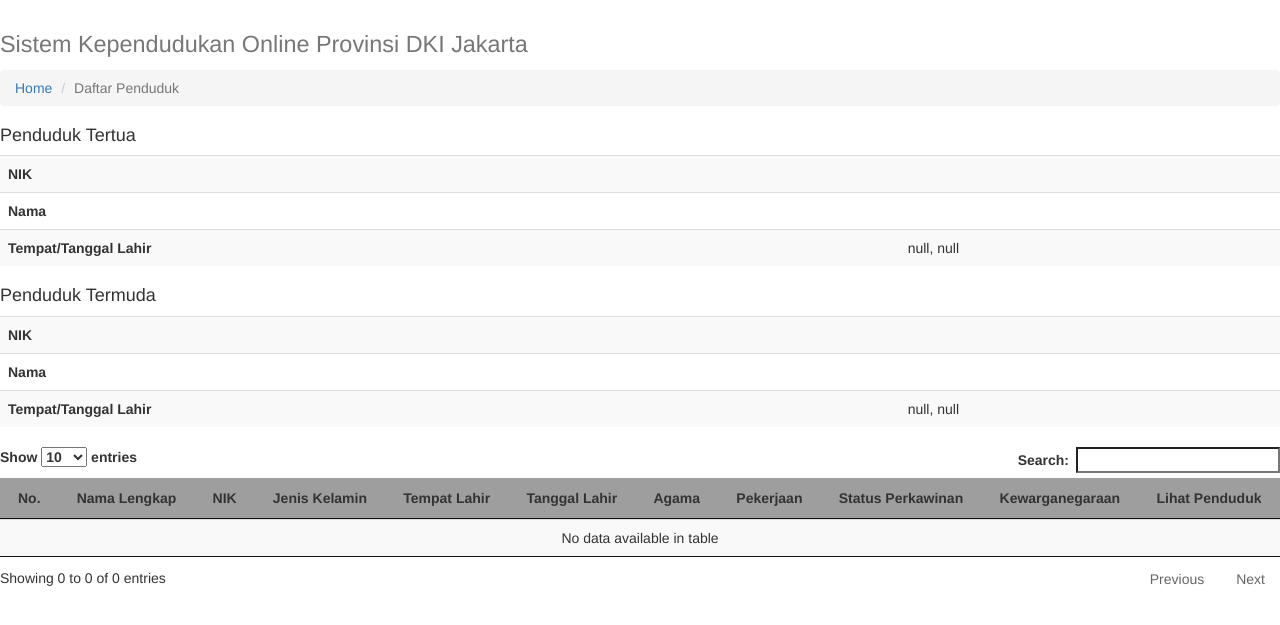
Repository: apap-2017/tugas1_1406544135
Page: http://localhost/list-penduduk
An editor plug-in stored every save of this project. The page is shown before and after the next save, followed by the edit.
The browser window is 1280 px wide. The pictures show the whole page.
Pictures or frames that could not be fetched are drawn as grey boxes. The page is this project's Thymeleaf template; nobody is signed in. The template is opened directly, without the code that normally fills it, so the values that code supplies are empty.

Above is the page before, as saved 2017-10-22 05:24:49.

### Tugas1_1406544135/src/main/resources/templates/list-penduduk.html
<!DOCTYPE html>
<html xmlns:th="http://www.thymeleaf.org">
<head>
<title>Siduk DKI</title>
<link href="../../static/css/bootstrap.min.css" rel="stylesheet"
	th:href="@{/css/bootstrap.min.css}" />
<link rel="stylesheet" th:href="@{/css/jquery.dataTables.min.css}"></link>
<script src="/js/jquery.min.js"></script>
<script src="/js/jquery.dataTables.min.js"></script>
<script>
	$(document).ready(function() {
		$('#daftar-penduduk').DataTable();
	});
</script>
</head>

<body>
	<section class="content-header">
		<h1>
			<small>Sistem Kependudukan Online Provinsi DKI Jakarta</small>
		</h1>
		<ol class="breadcrumb">
			<li><a th:href="@{/}">Home</a></li>
			<li class="active">Daftar Penduduk</li>
		</ol>
	</section>

	<table class="table table-striped">
		<h4>Penduduk Tertua</h4>
		<tbody>
			<tr>
				<td><strong>NIK</strong></td>
				<td th:text="${pendudukTertua.nik} "></td>
			</tr>

			<tr>
				<td><strong>Nama</strong></td>
				<td th:text="${pendudukTertua.nama} "></td>
			</tr>

			<tr>
				<td><strong>Tempat/Tanggal Lahir</strong></td>
				<td
					th:text="${pendudukTertua.tempat_lahir} +', ' + ${pendudukTertua.tanggal_lahir} "></td>
			</tr>
		</tbody>
	</table>

	<table class="table table-striped">
		<h4>Penduduk Termuda</h4>
		<tbody>
			<tr>
				<td><strong>NIK</strong></td>
				<td th:text="${pendudukTermuda.nik} "></td>
			</tr>

			<tr>
				<td><strong>Nama</strong></td>
				<td th:text="${pendudukTermuda.nama} "></td>
			</tr>

			<tr>
				<td><strong>Tempat/Tanggal Lahir</strong></td>
				<td
					th:text="${pendudukTermuda.tempat_lahir} +', ' + ${pendudukTermuda.tanggal_lahir} "></td>
			</tr>
		</tbody>
	</table>

	<table class="table table-hover table-striped dataTable"
		id="daftar-penduduk">
		<thead>
			<tr>
				<th><strong>No.</strong></th>
				<th><strong>Nama Lengkap</strong></th>
				<th><strong>NIK</strong></th>
				<th><strong>Jenis Kelamin</strong></th>
				<th><strong>Tempat Lahir</strong></th>
				<th><strong>Tanggal Lahir</strong></th>
				<th><strong> Agama </strong></th>
				<th><strong> Pekerjaan </strong></th>
				<th><strong> Status Perkawinan </strong></th>
				<th><strong> Kewarganegaraan </strong></th>
				<th><strong> Lihat Penduduk </strong></th>
			</tr>
		</thead>
		<tbody>
			<div th:each="detailAnggota, iterationStatus: ${listPenduduk}">
				<tr>
					<td th:text="${iterationStatus.count}"></td>
					<td th:text="${detailAnggota.nama}"></td>
					<td th:text="${detailAnggota.nik}"></td>
					<td th:if="${detailAnggota.jenis_kelamin == 0}" th:text="Pria"></td>
					<td th:if="${detailAnggota.jenis_kelamin == 1}" th:text="Wanita"></td>
					<td th:text="${detailAnggota.tempat_lahir}"></td>
					<td th:text="${detailAnggota.tanggal_lahir}"></td>
					<td th:text="${detailAnggota.agama}"></td>
					<td th:text="${detailAnggota.pekerjaan}"></td>
					<td th:text="${detailAnggota.status_perkawinan}"></td>
					<td th:if="${detailAnggota.is_wni == 0}" th:text="WNA"></td>
					<td th:if="${detailAnggota.is_wni == 1}" th:text="WNI"></td>
					<td>
						<form class="form-horizontal" action="/penduduk" method="get">

							<button type="submit"
								class="btn btn-sm btn-primary glyphicon glyphicon-eye-open"
								name="action" value="save"></button>
						</form>
					</td>
				</tr>
			</div>
		</tbody>
	</table>
</body>
</html>

Loaded but not shown: Tugas1_1406544135/src/main/resources/static/css/bootstrap.min.css (library); Tugas1_1406544135/src/main/resources/static/css/jquery.dataTables.min.css (library); Tugas1_1406544135/src/main/resources/static/js/jquery.min.js (library); Tugas1_1406544135/src/main/resources/static/js/jquery.dataTables.min.js (library)

After the next save:
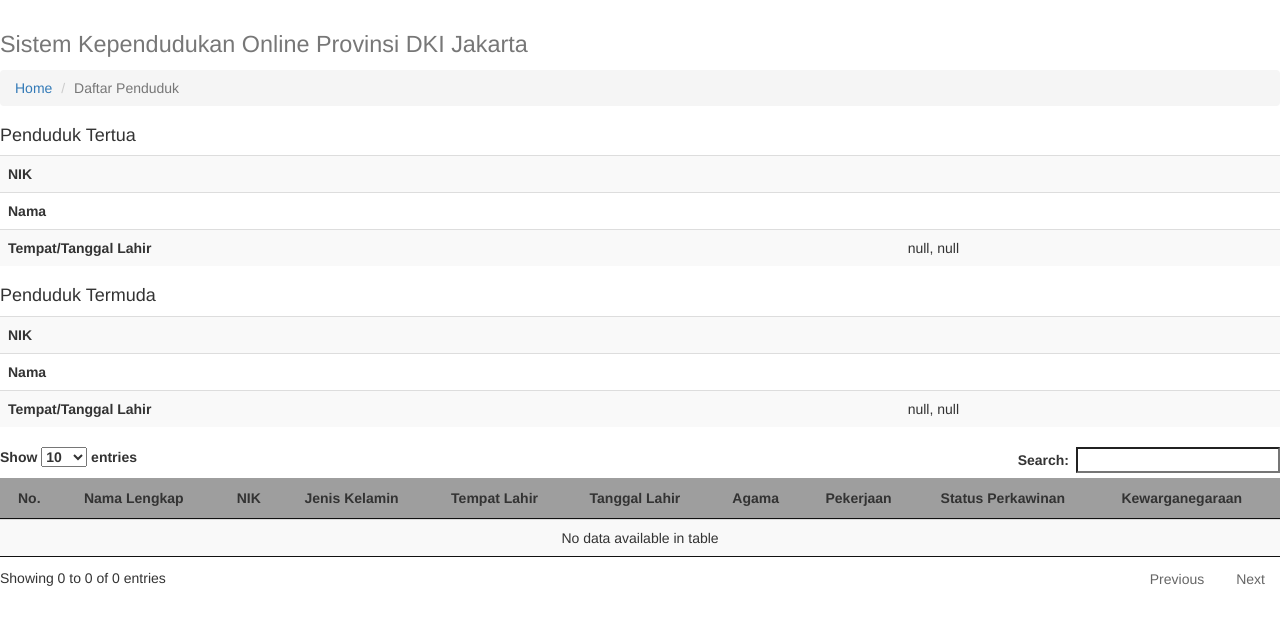
Saved 3 min 24 s later.
--- a/Tugas1_1406544135/src/main/resources/templates/list-penduduk.html
+++ b/Tugas1_1406544135/src/main/resources/templates/list-penduduk.html
@@ -81,7 +81,7 @@
 				<th><strong> Pekerjaan </strong></th>
 				<th><strong> Status Perkawinan </strong></th>
 				<th><strong> Kewarganegaraan </strong></th>
-				<th><strong> Lihat Penduduk </strong></th>
+
 			</tr>
 		</thead>
 		<tbody>
@@ -99,14 +99,7 @@
 					<td th:text="${detailAnggota.status_perkawinan}"></td>
 					<td th:if="${detailAnggota.is_wni == 0}" th:text="WNA"></td>
 					<td th:if="${detailAnggota.is_wni == 1}" th:text="WNI"></td>
-					<td>
-						<form class="form-horizontal" action="/penduduk" method="get">
 
-							<button type="submit"
-								class="btn btn-sm btn-primary glyphicon glyphicon-eye-open"
-								name="action" value="save"></button>
-						</form>
-					</td>
 				</tr>
 			</div>
 		</tbody>
